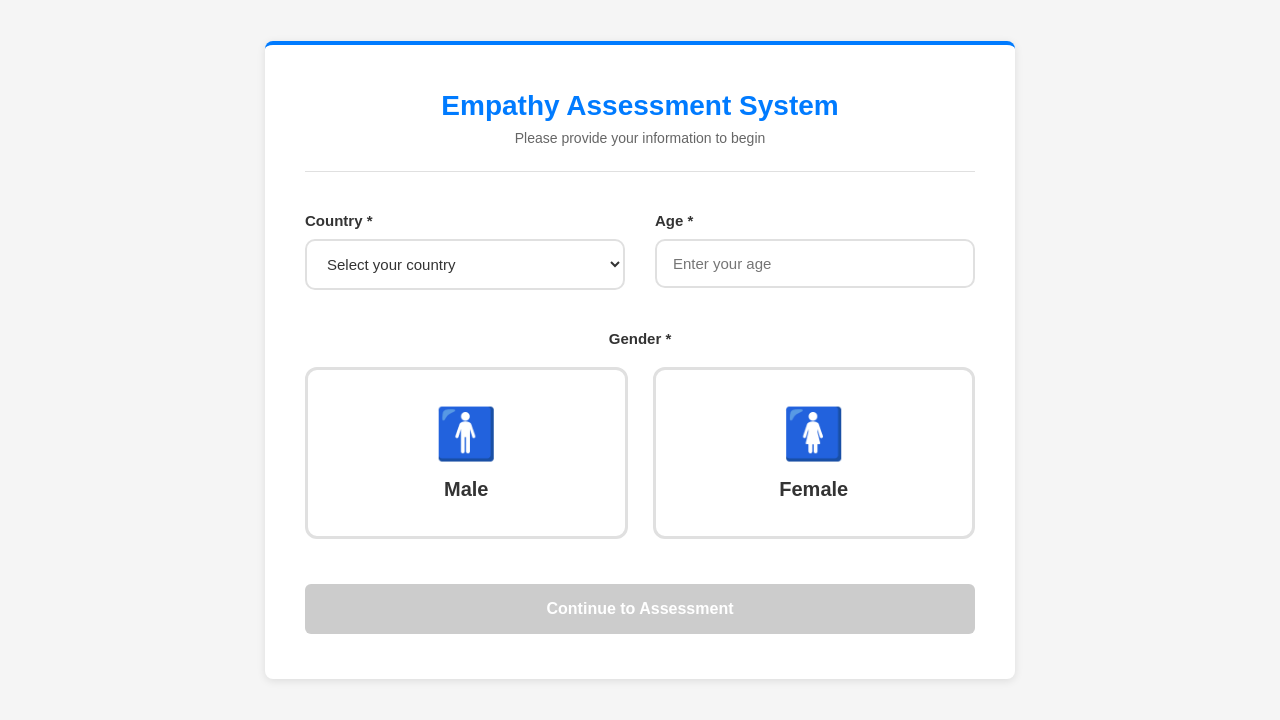
Repository: Matsuyou-Wang/MPES-system
Page: selection.html
These files come from the project's save history. The page is drawn as it stood at one moment and after the next save; the edit follows.
The browser window is 1280 px wide. The pictures show the whole page.

Above is the page before, as saved 2025-11-25 13:00:25.

After the next save:
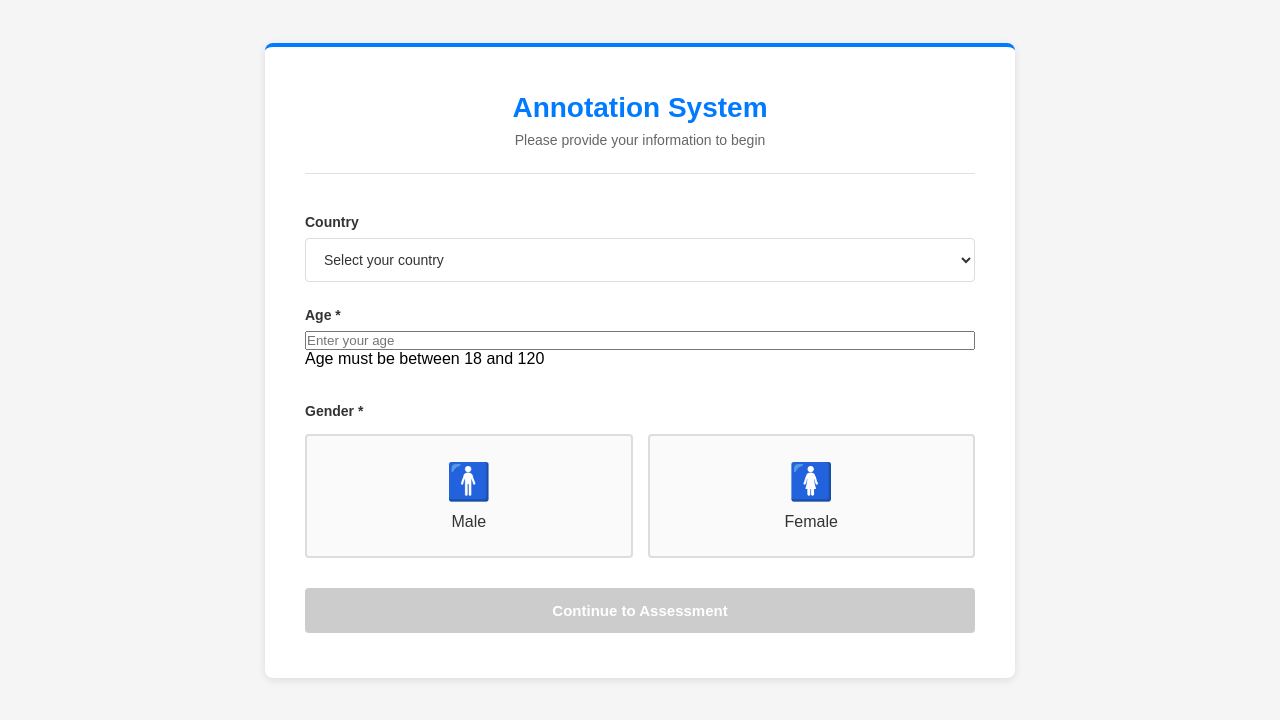
Saved 28 s later.
--- a/selection.html
+++ b/selection.html
@@ -51,10 +51,10 @@
         }
 
         .form-grid {
-            display: grid;
-            grid-template-columns: 1fr 1fr;
-            gap: 30px;
-            margin-bottom: 40px;
+            display: flex;
+            flex-direction: column;
+            gap: 25px;
+            margin-bottom: 35px;
         }
 
         .form-section {
@@ -64,82 +64,64 @@
 
         .form-section label {
             color: #333;
-            font-size: 15px;
+            font-size: 14px;
             font-weight: 600;
-            margin-bottom: 10px;
-        }
-
-        .form-section select,
-        .form-section input {
+            margin-bottom: 8px;
+        }
+
+        .form-section select {
             width: 100%;
-            padding: 14px 16px;
-            font-size: 15px;
-            border: 2px solid #e0e0e0;
-            border-radius: 10px;
+            padding: 12px 14px;
+            font-size: 14px;
+            border: 1px solid #ddd;
+            border-radius: 4px;
             background: white;
             color: #333;
-            transition: all 0.3s ease;
-        }
-
-        .form-section select {
+            transition: all 0.2s ease;
             cursor: pointer;
         }
 
-        .form-section select:hover,
-        .form-section input:hover {
+        .form-section select:hover {
             border-color: #007bff;
         }
 
-        .form-section select:focus,
-        .form-section input:focus {
+        .form-section select:focus {
             outline: none;
             border-color: #007bff;
             box-shadow: 0 0 0 3px rgba(0, 123, 255, 0.1);
         }
 
-        .form-section input[type="number"]::-webkit-inner-spin-button,
-        .form-section input[type="number"]::-webkit-outer-spin-button {
-            -webkit-appearance: none;
-            margin: 0;
-        }
-
-        .form-section input[type="number"] {
-            -moz-appearance: textfield;
-        }
-
         .gender-section {
-            margin-bottom: 35px;
+            margin-bottom: 30px;
         }
 
         .gender-section h3 {
             color: #333;
-            font-size: 15px;
+            font-size: 14px;
             font-weight: 600;
-            margin-bottom: 20px;
-            text-align: center;
+            margin-bottom: 15px;
         }
 
         .gender-options {
             display: grid;
             grid-template-columns: 1fr 1fr;
-            gap: 25px;
+            gap: 15px;
         }
 
         .gender-option {
-            padding: 35px 25px;
-            border-radius: 12px;
+            padding: 25px 20px;
+            border-radius: 4px;
             text-align: center;
             cursor: pointer;
-            transition: all 0.3s ease;
-            border: 3px solid #e0e0e0;
+            transition: all 0.2s ease;
+            border: 2px solid #ddd;
+            background: #fafafa;
+        }
+
+        .gender-option:hover {
+            border-color: #007bff;
             background: white;
-            position: relative;
-        }
-
-        .gender-option:hover {
-            transform: translateY(-4px);
-            box-shadow: 0 4px 12px rgba(0, 123, 255, 0.2);
-            border-color: #007bff;
+            box-shadow: 0 2px 8px rgba(0, 123, 255, 0.15);
         }
 
         .gender-option.selected {
@@ -148,65 +130,47 @@
         }
 
         .gender-icon {
-            font-size: 50px;
-            margin-bottom: 15px;
+            font-size: 36px;
+            margin-bottom: 10px;
             display: block;
+            color: #666;
+        }
+
+        .gender-option.selected .gender-icon {
+            color: #007bff;
         }
 
         .gender-title {
-            font-size: 20px;
-            font-weight: 600;
+            font-size: 16px;
+            font-weight: 500;
             color: #333;
         }
 
         .continue-btn {
             width: 100%;
-            padding: 16px;
+            padding: 14px;
             background: #007bff;
             color: white;
             border: none;
-            border-radius: 6px;
-            font-size: 16px;
+            border-radius: 4px;
+            font-size: 15px;
             font-weight: 600;
             cursor: pointer;
-            transition: all 0.3s ease;
-            margin-top: 10px;
+            transition: all 0.2s ease;
         }
 
         .continue-btn:hover:not(:disabled) {
             background: #0056b3;
-            box-shadow: 0 4px 8px rgba(0, 123, 255, 0.3);
         }
 
         .continue-btn:disabled {
             background: #ccc;
             cursor: not-allowed;
-            transform: none;
-        }
-
-        .error-message {
-            color: #f44336;
-            font-size: 13px;
-            margin-top: 6px;
-            display: none;
-        }
-
-        .error-message.show {
-            display: block;
         }
 
         @media (max-width: 768px) {
-            .form-grid {
-                grid-template-columns: 1fr;
-                gap: 20px;
-            }
-
-            .gender-options {
-                grid-template-columns: 1fr;
-            }
-
             .selection-container {
-                padding: 40px 30px;
+                padding: 30px 25px;
             }
         }
     </style>
@@ -214,14 +178,14 @@
 <body>
     <div class="selection-container">
         <div class="header">
-            <h1>Empathy Assessment System</h1>
+            <h1>Annotation System</h1>
             <p>Please provide your information to begin</p>
         </div>
 
         <form id="selectionForm">
             <div class="form-grid">
                 <div class="form-section">
-                    <label for="country">Country *</label>
+                    <label for="country">Country</label>
                     <select id="country" name="country" required>
                         <option value="">Select your country</option>
                         <option value="United States">United States</option>
